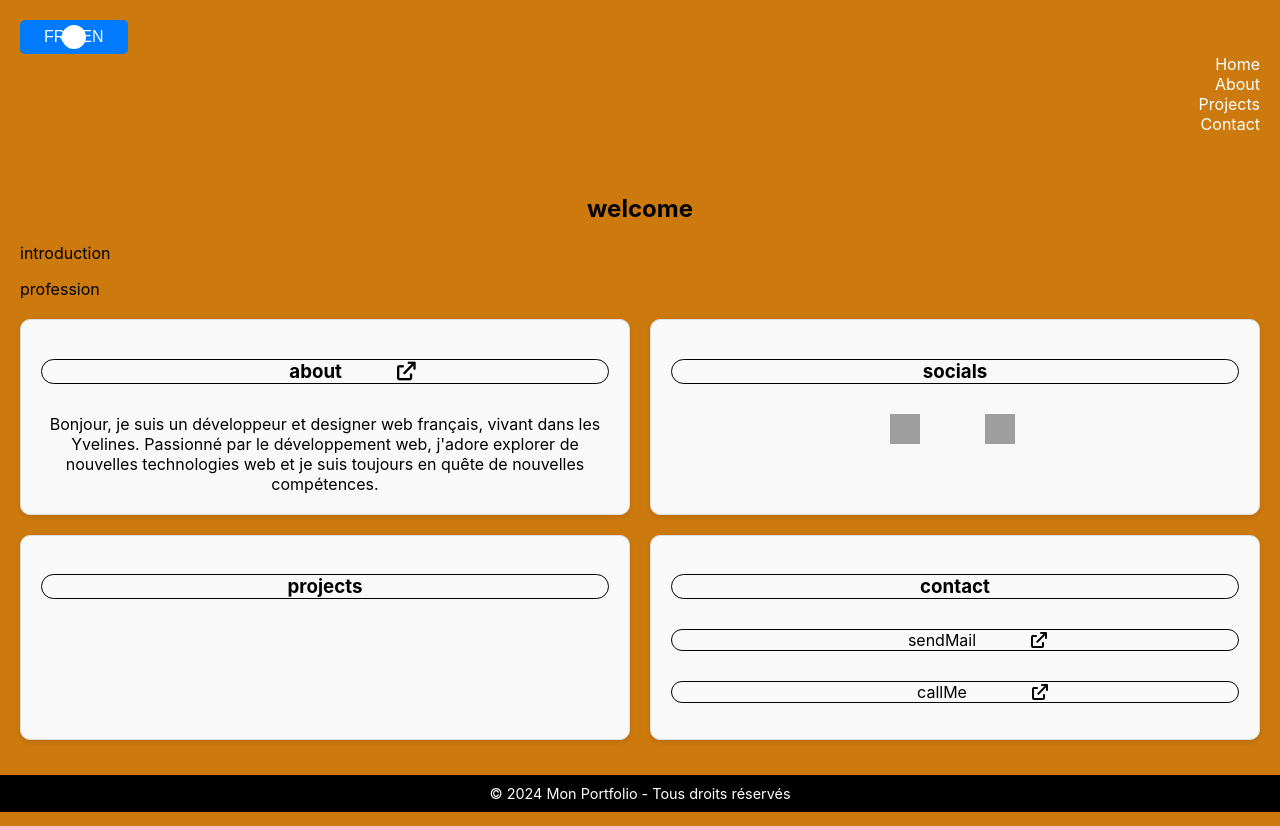
Repository: Christian121966/mon-portfolio
Page: /
These files come from the project's save history. The page is drawn as it stood at one moment and after a run of saves; the edit follows.
The browser window is 1280 px wide. The pictures show the whole page.
Pictures or frames that could not be fetched are drawn as grey boxes. The project was rebuilt for these pictures with package versions that can differ from the ones it lists, and the page was loaded fresh each time. Also part of the build but not shown: src/pages/AboutPage/AboutPage.scss, src/pages/AboutPage/AboutPage.js, src/pages/ProjectsPage/ProjectsPage.js, src/pages/ContactPage/ContactPage.js. Imported but missing from the stored project, and not drawn on this page: src/i18next.

Above is the page before, as saved 2024-07-24 01:41:24.

After the next 2 saves:
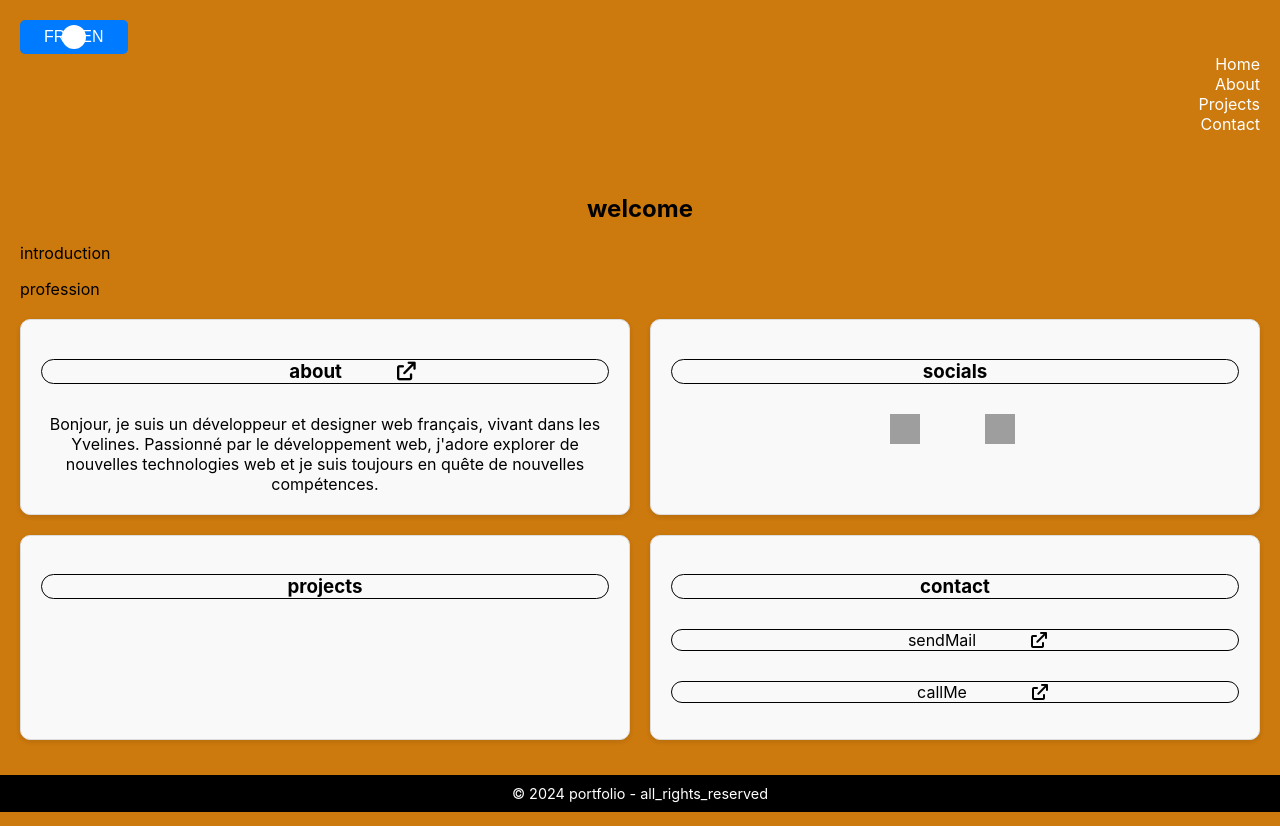
The 2 saves are shown as one change because they came seconds apart.
The last was saved 5 min 26 s later.
--- a/src/components/Footer/Footer.js
+++ b/src/components/Footer/Footer.js
@@ -1,11 +1,14 @@
 // src/components/Footer/Footer.js
 import React from 'react';
+import { useTranslation } from 'react-i18next';
 import '../../components/Footer/Footer.scss';
 
 function Footer() {
+  const { t } = useTranslation();
+
   return (
     <footer>
-      <p className="footer__text">© 2024 Mon Portfolio - Tous droits réservés</p>
+      <p className="footer__text">© 2024 {t('portfolio')} - {t('all_rights_reserved')}</p>
     </footer>
   );
 }
